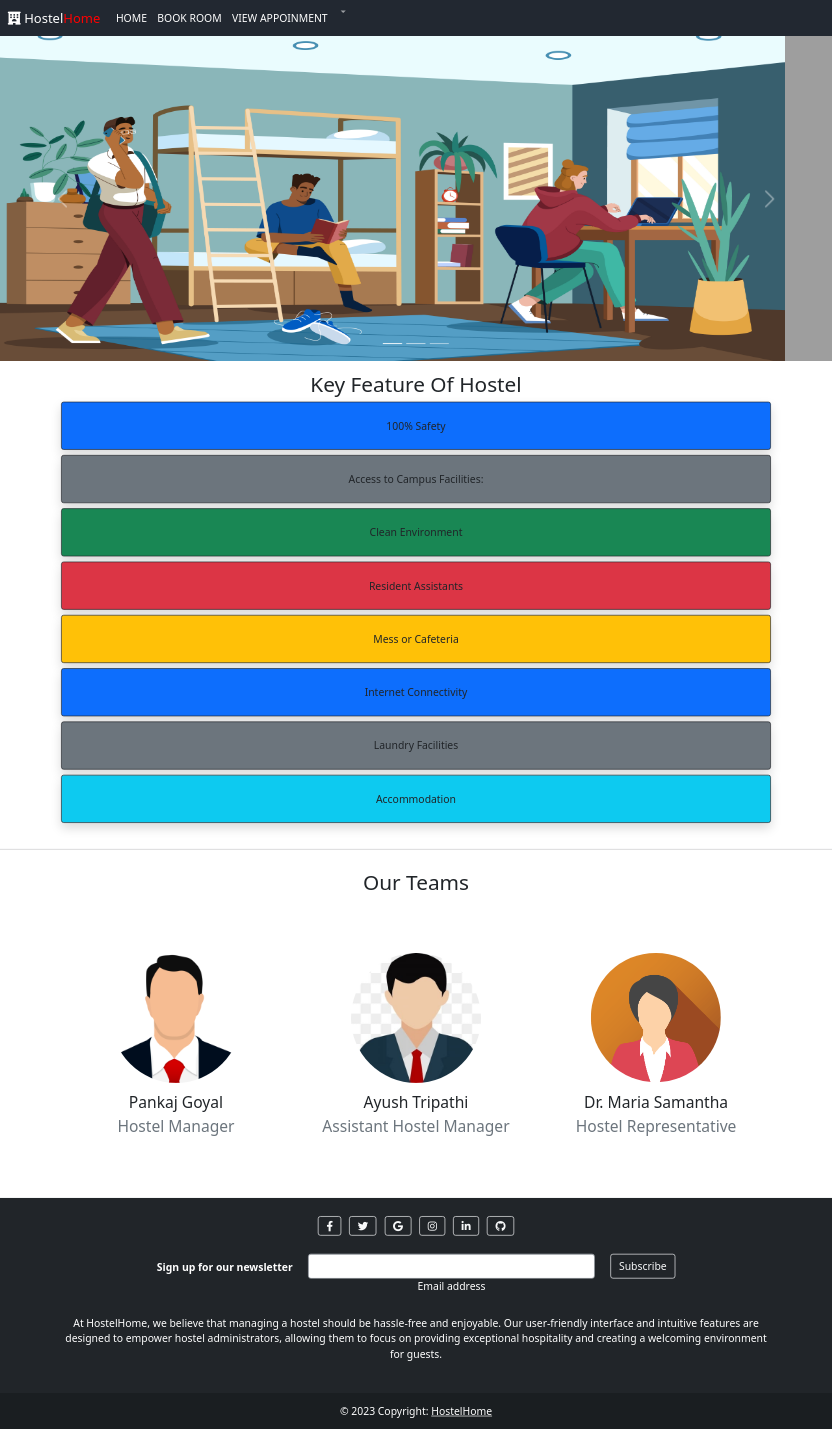
Repository: SparshGarg1/Hostel_Managment_System
Page: http://localhost/Hostel/studentbookroom.jsp
These files come from the project's save history. The page is drawn as it stood at one moment and after the next save; the edit follows.
The browser window is 1280 px wide. The pictures show the whole page, at 65% of full size.
Pictures or frames that could not be fetched are drawn as grey boxes. Some web libraries are served in a nearby version. The page is served by Tomcat 9. Queries for data that is not in the repository find no rows.

Above is the page before, as saved 2023-06-18 02:34:59.

After the next save:
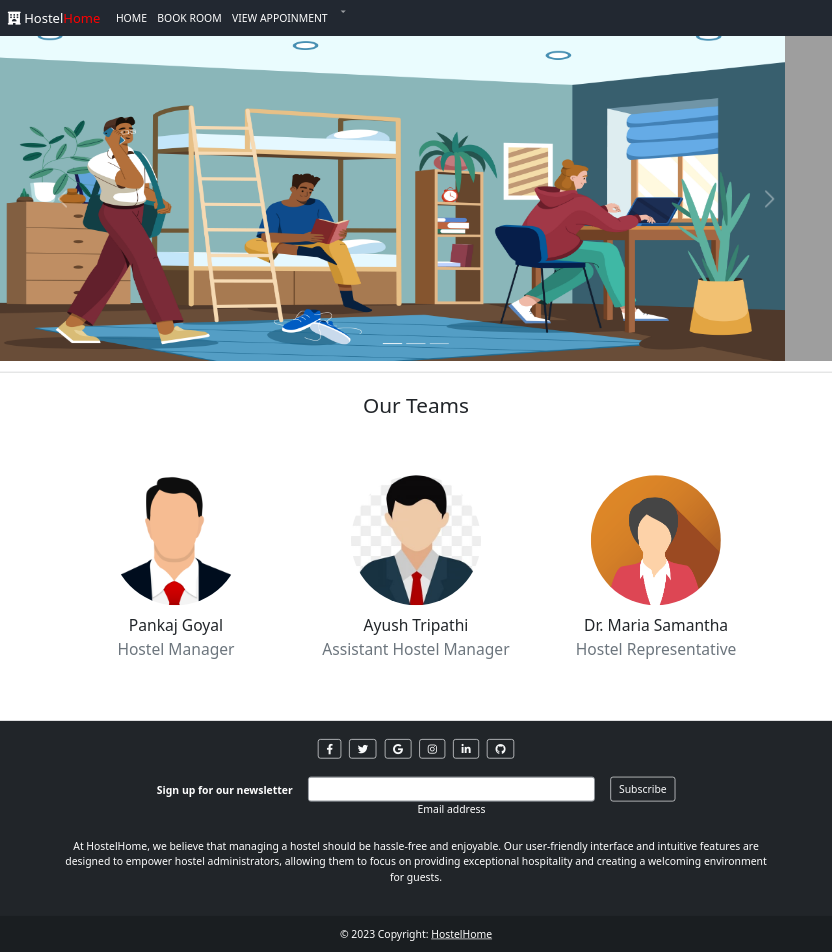
Saved 102 s later.
--- a/Hostel/WebContent/studentbookroom.jsp
+++ b/Hostel/WebContent/studentbookroom.jsp
@@ -86,52 +86,7 @@
   </button>
 </div>
 
-<div class="container p-3">
-<h1 class="text-center fs-2">Key Feature Of Hostel</h1>
-<div class="card-columns">
-  <div class="card bg-primary p-2 m-2 border-dark shadow rounded">
-    <div class="card-body text-center">
-      <p class="card-text font-weight-bold">100% Safety</p>
-    </div>
-  </div>
-  <div class="card bg-secondary p-2 m-2 border-dark shadow rounded">
-    <div class="card-body text-center">
-      <p class="card-text font-weight-bold">Access to Campus Facilities:</p>
-    </div>
-  </div>
-  <div class="card bg-success p-2 m-2 border-dark shadow rounded">
-    <div class="card-body text-center">
-      <p class="card-text">Clean Environment</p>
-    </div>
-  </div>
-  <div class="card bg-danger p-2 m-2 border-dark shadow rounded">
-    <div class="card-body text-center">
-      <p class="card-text font-weight-bold">Resident Assistants</p>
-    </div>
-  </div>
-  <div class="card bg-warning p-2 m-2 border-dark shadow rounded">
-    <div class="card-body text-center">
-      <p class="card-text font-weight-bold">Mess or Cafeteria</p>
-    </div>
-  </div>
-  <div class="card bg-primary p-2 m-2 border-dark shadow rounded">
-    <div class="card-body text-center">
-      <p class="card-text font-weight-bold">Internet Connectivity</p>
-    </div>
-
-  </div>
-  <div class="card bg-secondary p-2 m-2 border-dark shadow rounded">
-    <div class="card-body text-center">
-      <p class="card-text font-weight-bold">Laundry Facilities</p>
-    </div>
-  </div>
-  <div class="card bg-info p-2 m-2 border-dark shadow rounded">
-    <div class="card-body text-center">
-      <p class="card-text font-weight-bold">Accommodation</p>
-    </div>
-  </div>
-</div>
-</div>
+
 <hr>
 
 
